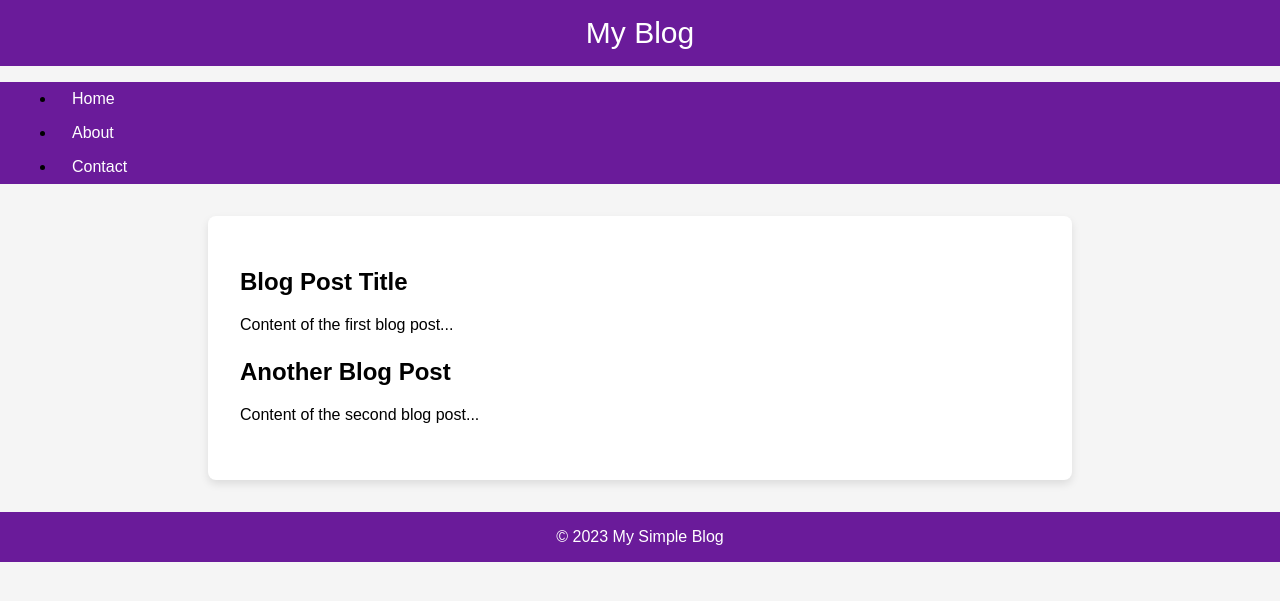
Repository: Femi007-gh/BLOG
Page: index.html
An editor plug-in stored every save of this project. The page is shown before and after the next save, followed by the edit.
The browser window is 1280 px wide. The pictures show the whole page.

Above is the page before, as saved 2025-01-08 09:25:52.

### index.html
<html>
  <head>
    <title>My Blog</title>
    <link rel="stylesheet" href="style.css">
  </head>
  <body>
    <header>My Blog</header>
    <nav>
      <ul>
        <li><a href="#">Home</a></li>
        <li><a href="#">About</a></li>
        <li><a href="#">Contact</a></li>
      </ul>
    </nav>
    <div class="container">
      <div class="blog-post">
        <h2>Blog Post Title</h2>
        <p>Content of the first blog post...</p>
      </div>
      <div class="blog-post">
        <h2>Another Blog Post</h2>
        <p>Content of the second blog post...</p>
      </div>
    </div>
    <footer>
      &copy; 2023 My Simple Blog
    </footer>
  </body>
  </html>

### style.css
body {
  margin: 0;
  font-family: Arial;
  background-color: #f5f5f5;
}

header {
  background-color: #6a1b9a;
  color: white;
  text-align: center;
  padding: 1rem;
  font-size: 30px;
}

nav {
  background-color: #6a1b9a;

}


li {
  margin: 0 1rem;
}

a {
  color: white;
  text-decoration: none;
  font-family: Arial, sans-serif;
  padding: 0.5rem 1rem;
  display: block;
}

a:hover {
  background-color: #4a148c;
  border-radius: 4px;
}

.container {
  margin: 2rem auto;
  max-width: 800px;
  background-color: white;
  border-radius: 8px;
  padding: 2rem;
  box-shadow: 0 4px 8px rgba(0, 0, 0, 0.1);
}

.blog-post {
  margin-bottom: 1.5rem;
}

footer {
  background-color: #6a1b9a;
  color: white;
  text-align: center;
  padding: 1rem 0;
  margin-top: 2rem;
}

After the next save:
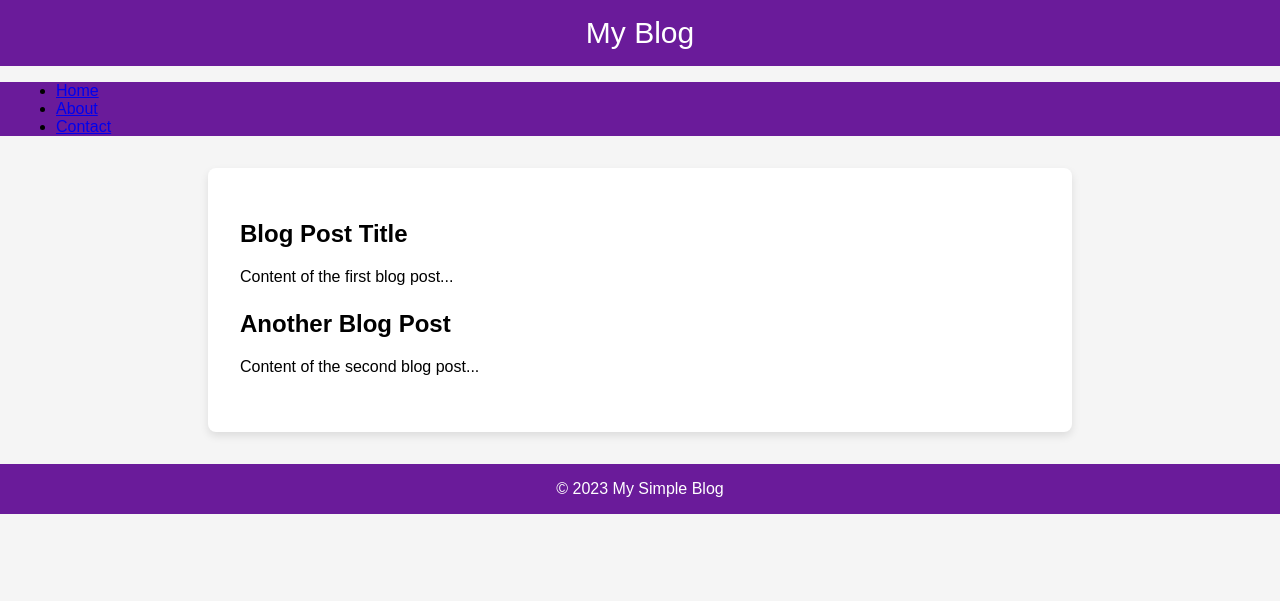
Saved 15 s later.
--- a/style.css
+++ b/style.css
@@ -22,18 +22,6 @@ li {
   margin: 0 1rem;
 }
 
-a {
-  color: white;
-  text-decoration: none;
-  font-family: Arial, sans-serif;
-  padding: 0.5rem 1rem;
-  display: block;
-}
-
-a:hover {
-  background-color: #4a148c;
-  border-radius: 4px;
-}
 
 .container {
   margin: 2rem auto;
